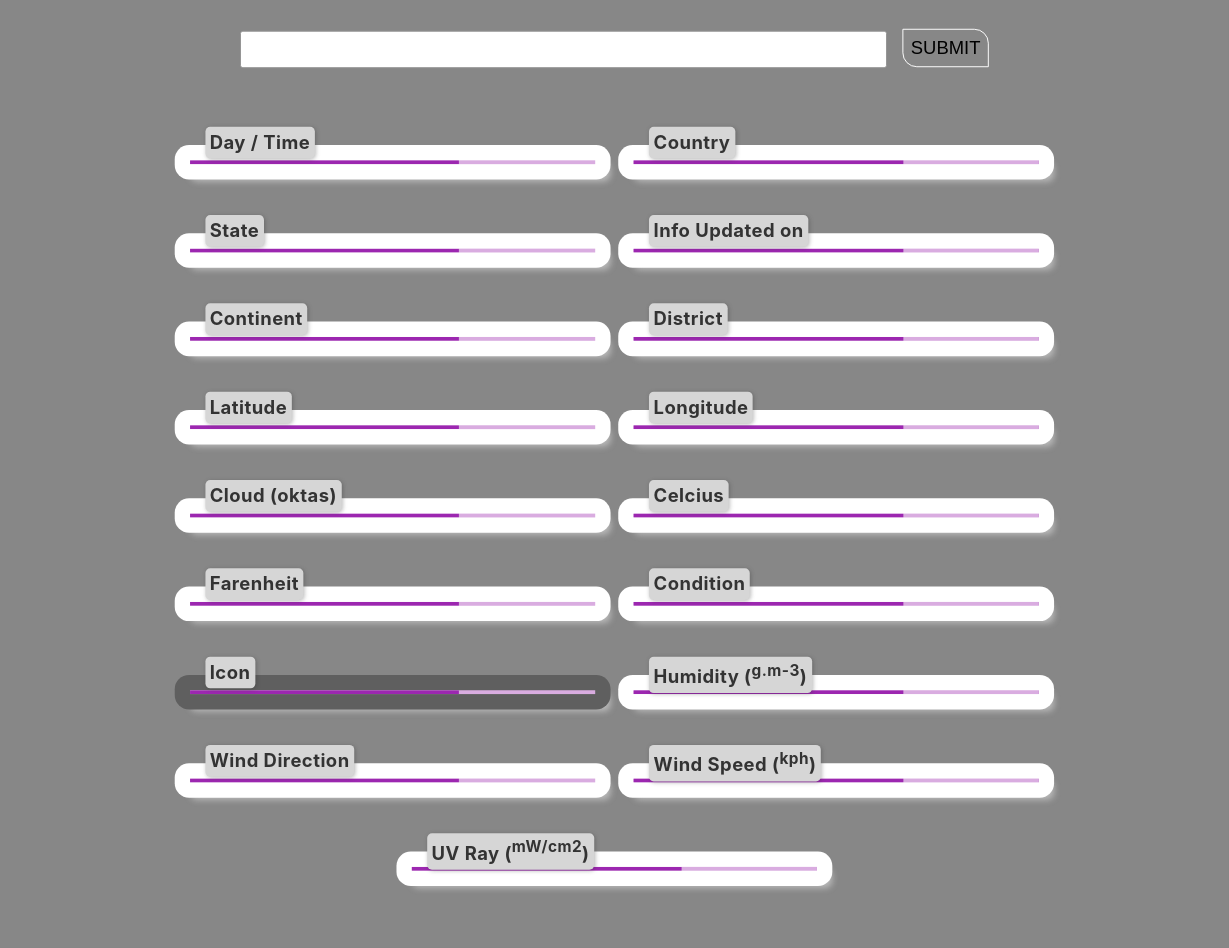
Repository: Imprasna/practising-API
Page: /
An editor plug-in stored every save of this project. The page is shown before and after the next save, followed by the edit.
The browser window is 1280 px wide. The pictures show the whole page, at 96% of full size.
The project was rebuilt for these pictures with package versions that can differ from the ones it lists, and the page was loaded fresh each time. Also part of the build but not shown: src/component/Country.js, src/component/Region.js, src/component/Time.js, src/component/Continent.js, src/component/District.js, src/component/Cloud.js, src/component/UpdatedWeather.js, src/component/Celcius.js and 9 more.

Above is the page before, as saved 2021-11-12 00:25:35.

### src/App.js
import './App.css';
import Get from './Get'

function App() {
  return (
    <div className="App">
      <Get />
    </div>
  );
}

export default App;

### src/Get.js
import React, { useState } from "react";
import axios from "axios";
// import moment from 'moment';
import Country from "./component/Country";
import Region from "./component/Region";
import Time from "./component/Time";
import Continent from "./component/Continent";
import District from "./component/District";
import Cloud from "./component/Cloud";
import UpdatedWeather from "./component/UpdatedWeather";
import Celcius from "./component/Celcius";
import Farenheit from "./component/Farenheit";
import Latitude from "./component/Latitude";
import Longitude from "./component/Longitude";
import Condition from "./component/Condition";
import Icon from "./component/Icon";
import Humidity from "./component/Humidity";
import WindDirection from "./component/WindDirection";
import WindSpeed from "./component/WindSpeed";
import Uv from "./component/Uv";
import "./component/style.css";
// import CircularProgress from '@mui/material/CircularProgress';
import LinearProgress from '@mui/material/LinearProgress';



const Get = () => {
	const [getPost, setGetPost] = useState([]);
	const [loading, setLoading] = useState(false);
	const [values, setValues] = useState({ cities: "" });

	React.useEffect =
		(() => {
			getData();

			const CName = () => {
				setGetPost(getPost);
			};
			CName();
		},
		[]);

		const getData = async () =>
		{
			const city = values.cities;
			try {
				const res = await axios.get(
					`http://api.weatherapi.com/v1/current.json?key=b572a200fc624a6a85671436211310&q=${city}&aqi=yes`
					);
				setTimeout(function ()
				{
					// console.log(res.data.current);
					// console.log(res.data.location);
					// setGetPost(res.data);
					(setGetPost(res.data))
					setLoading(true);
				}, 3000);

			console.log(getPost);
			// console.log(res.data.current);
			// setGetPost({res});
		} catch (err) {
			console.log(err);
		}
	};
	console.log(getPost);

	const onChangeHandler = (e) => {
		const name = e.target.name;
		const value = e.target.value;

		// here values is the state name
		let inputValues = values;
		inputValues[name] = value;
		setValues({ ...inputValues });
		setLoading(false);
	};

	return (
		<>
			<input
				className="search-box"
				type="text"
				value={values.cities}
				name="cities"
				onChange={(e) => onChangeHandler(e)}
			/>
			<button className="button" onClick={getData}>
				Submit
			</button>

			<div className="whole">

				<div className="time">
					{loading ? (<Time CName={getPost} />) : (<LinearProgress  color="secondary"  />) }
					<h1>Day / Time</h1>
				</div>

				<div className="Country">
					{loading ? (<Country CName={getPost} />) : (<LinearProgress  color="secondary"  />)}
					<h1>Country</h1>
				</div>

				<div className="region">
					{loading ? (<Region CName={getPost} />) : (<LinearProgress  color="secondary"  />) }
					<h1>State</h1>
				</div>

				<div className="upt">
					{loading ? (<UpdatedWeather CName={getPost} />) : (<LinearProgress  color="secondary"  />) }
					<h1>Info Updated on</h1>
				</div>


				<div className="continent">
				{loading ? (<Continent CName={getPost} />) : (<LinearProgress  color="secondary"  />) }
					<h1>Continent</h1>

				</div>

				<div className="district">
					{loading ? (<District CName={getPost} />) : (<LinearProgress  color="secondary"  />) }
					<h1>District</h1>
				</div>

				<div className="lat">
				{loading ? (<Latitude CName={getPost} />) : (<LinearProgress  color="secondary"  />) }
					<h1>Latitude</h1>

				</div>

				<div className="lon">
				{loading ? (<Longitude CName={getPost} />) : (<LinearProgress  color="secondary"  />) }
					<h1>Longitude</h1>

				</div>

				<div className="cloud">
				{loading ? (<Cloud CName={getPost} />) : (<LinearProgress  color="secondary"  />) }
					<h1>Cloud (oktas)</h1>

				</div>



				<div className="cel">
				{loading ? (<Celcius CName={getPost} />) : (<LinearProgress  color="secondary"  />) }
					<h1>Celcius</h1>

				</div>

				<div className="far">
				{loading ? (<Farenheit CName={getPost} />) : (<LinearProgress  color="secondary"  />) }
					<h1>Farenheit</h1>

				</div>

				<div className="cond">
				{loading ? (<Condition CName={getPost} />) : (<LinearProgress  color="secondary"  />) }
					<h1>Condition</h1>

				</div>

				<div className="icon">
				{loading ? (<Icon CName={getPost} />) : (<LinearProgress  color="secondary"  />) }
					<h1>Icon</h1>

				</div>

				<div className="hum">
				{loading ? (<Humidity CName={getPost} />) : (<LinearProgress  color="secondary"  />) }
					<h1>
						Humidity (<sup>g.m-3</sup>)
					</h1>

				</div>


				<div className="wd">
				{loading ? (<WindDirection CName={getPost} />) : (<LinearProgress  color="secondary"  />) }
					<h1>Wind Direction</h1>

				</div>

				<div className="ws">
				{loading ? (<WindSpeed CName={getPost} />) : (<LinearProgress  color="secondary"  />) }
					<h1>
						Wind Speed (<sup>kph</sup>)
					</h1>

				</div>

				<div className="uv">
				{loading ? (<Uv CName={getPost} />) : (<LinearProgress  color="secondary"  />) }
					<h1>
						UV Ray (<sup>mW/cm2</sup>)
					</h1>

				</div>
			</div>
		</>
	);
};

export default Get;

### src/component/style.css
body {
    background: #878787;
}

.whole {
    width: 100%;
    height: 100%;
    display: flex;
    justify-content: center;
    align-items: center;
    flex-wrap: wrap;
    gap: .5rem;
    margin-bottom: 4rem;
}

.search-box {
    width: 50%;
    padding: .5rem 1rem;
    border-radius: 3px;
    border: 1px solid #929292;
    outline: none;
    font-size: 1rem;
    line-height: 1.3em;
    margin: 0 auto;
    margin-bottom: 2rem;
    margin-top: 2rem;
    margin-right: 1rem;
    text-transform: uppercase;
}

.button {
    padding: .5rem;
    outline: none;
    border: 1px solid #fff;
    border-top-right-radius: 15px;
    border-bottom-left-radius: 15px;
    cursor: pointer;
    font-size: 1.2rem;
    text-transform: uppercase;
    background: transparent;
    transition: .3s;
}

.button:hover {
    background-color: #0faa74;
}

.Country {
    width: 33%;
    color: #000;
    padding: 1rem;
    border-radius: 15px;
    background-color: #fff;
    box-shadow: 8px 10px 7px -8px rgba(204,204,204,0.75);
    position: relative;
    font-size: 1.1rem;
    font-weight: 600;
    letter-spacing: .5px;
    margin-top: 3rem;
}

.Country > h1 {
    position: absolute;
    top: -2rem;
    left: 2rem;
    padding: .3rem;
    background-color: #d6d6d6;
    border-radius: 5px;
    font-size: 1.2rem;
    filter: drop-shadow(1px 1px 2px rgba(44, 44, 44, 0.342));
    color: #333;
}

.region {
    width: 33%;
    color: #000;
    padding: 1rem;
    border-radius: 15px;
    background-color: #fff;
    box-shadow: 8px 10px 7px -8px rgba(204,204,204,0.75);
    position: relative;
    font-size: 1.1rem;
    font-weight: 600;
    letter-spacing: .5px;
    margin-top: 3rem;
}

.region > h1 {
    position: absolute;
    top: -2rem;
    left: 2rem;
    padding: .3rem;
    background-color: #d6d6d6;
    border-radius: 5px;
    font-size: 1.2rem;
    filter: drop-shadow(1px 1px 2px rgba(44, 44, 44, 0.342));
    color: #333;
}

.time {
    width: 33%;
    color: #000;
    padding: 1rem;
    border-radius: 15px;
    background-color: #fff;
    box-shadow: 8px 10px 7px -8px rgba(204,204,204,0.75);
    position: relative;
    font-size: 1.1rem;
    font-weight: 600;
    letter-spacing: .5px;
    margin-top: 3rem;
}

.time > h1 {
    position: absolute;
    top: -2rem;
    left: 2rem;
    padding: .3rem;
    background-color: #d6d6d6;
    border-radius: 5px;
    font-size: 1.2rem;
    filter: drop-shadow(1px 1px 2px rgba(44, 44, 44, 0.342));
    color: #333;
}

.continent {
    width: 33%;
    color: #000;
    padding: 1rem;
    border-radius: 15px;
    background-color: #fff;
    box-shadow: 8px 10px 7px -8px rgba(204,204,204,0.75);
    position: relative;
    font-size: 1.1rem;
    font-weight: 600;
    letter-spacing: .5px;
    margin-top: 3rem;
}

.continent > h1 {
    position: absolute;
    top: -2rem;
    left: 2rem;
    padding: .3rem;
    background-color: #d6d6d6;
    border-radius: 5px;
    font-size: 1.2rem;
    filter: drop-shadow(1px 1px 2px rgba(44, 44, 44, 0.342));
    color: #333;
}

.district {
    width: 33%;
    color: #000;
    padding: 1rem;
    border-radius: 15px;
    background-color: #fff;
    box-shadow: 8px 10px 7px -8px rgba(204,204,204,0.75);
    position: relative;
    font-size: 1.1rem;
    font-weight: 600;
    letter-spacing: .5px;
    margin-top: 3rem;
}

.district > h1 {
    position: absolute;
    top: -2rem;
    left: 2rem;
    padding: .3rem;
    background-color: #d6d6d6;
    border-radius: 5px;
    font-size: 1.2rem;
    filter: drop-shadow(1px 1px 2px rgba(44, 44, 44, 0.342));
    color: #333;
}

.lat {
    width: 33%;
    color: #000;
    padding: 1rem;
    border-radius: 15px;
    background-color: #fff;
    box-shadow: 8px 10px 7px -8px rgba(204,204,204,0.75);
    position: relative;
    font-size: 1.1rem;
    font-weight: 600;
    letter-spacing: .5px;
    margin-top: 3rem;
}

.lat > h1 {
    position: absolute;
    top: -2rem;
    left: 2rem;
    padding: .3rem;
    background-color: #d6d6d6;
    border-radius: 5px;
    font-size: 1.2rem;
    filter: drop-shadow(1px 1px 2px rgba(44, 44, 44, 0.342));
    color: #333;
}

.lon {
    width: 33%;
    color: #000;
    padding: 1rem;
    border-radius: 15px;
    background-color: #fff;
    box-shadow: 8px 10px 7px -8px rgba(204,204,204,0.75);
    position: relative;
    font-size: 1.1rem;
    font-weight: 600;
    letter-spacing: .5px;
    margin-top: 3rem;
}

.lon > h1 {
    position: absolute;
    top: -2rem;
    left: 2rem;
    padding: .3rem;
    background-color: #d6d6d6;
    border-radius: 5px;
    font-size: 1.2rem;
    filter: drop-shadow(1px 1px 2px rgba(44, 44, 44, 0.342));
    color: #333;
}

.cloud {
    width: 33%;
    color: #000;
    padding: 1rem;
    border-radius: 15px;
    background-color: #fff;
    box-shadow: 8px 10px 7px -8px rgba(204,204,204,0.75);
    position: relative;
    font-size: 1.1rem;
    font-weight: 600;
    letter-spacing: .5px;
    margin-top: 3rem;
}

.cloud > h1 {
    position: absolute;
    top: -2rem;
    left: 2rem;
    padding: .3rem;
    background-color: #d6d6d6;
    border-radius: 5px;
    font-size: 1.2rem;
    filter: drop-shadow(1px 1px 2px rgba(44, 44, 44, 0.342));
    color: #333;
}

.upt {
    width: 33%;
    color: #000;
    padding: 1rem;
    border-radius: 15px;
    background-color: #fff;
    box-shadow: 8px 10px 7px -8px rgba(204,204,204,0.75);
    position: relative;
    font-size: 1.1rem;
    font-weight: 600;
    letter-spacing: .5px;
    margin-top: 3rem;
}

.upt > h1 {
    position: absolute;
    top: -2rem;
    left: 2rem;
    padding: .3rem;
    background-color: #d6d6d6;
    border-radius: 5px;
    font-size: 1.2rem;
    filter: drop-shadow(1px 1px 2px rgba(44, 44, 44, 0.342));
    color: #333;
}

.cel {
    width: 33%;
    color: #000;
    padding: 1rem;
    border-radius: 15px;
    background-color: #fff;
    box-shadow: 8px 10px 7px -8px rgba(204,204,204,0.75);
    position: relative;
    font-size: 1.1rem;
    font-weight: 600;
    letter-spacing: .5px;
    margin-top: 3rem;
}

.cel > h1 {
    position: absolute;
    top: -2rem;
    left: 2rem;
    padding: .3rem;
    background-color: #d6d6d6;
    border-radius: 5px;
    font-size: 1.2rem;
    filter: drop-shadow(1px 1px 2px rgba(44, 44, 44, 0.342));
    color: #333;
}

.far {
    width: 33%;
    color: #000;
    padding: 1rem;
    border-radius: 15px;
    background-color: #fff;
    box-shadow: 8px 10px 7px -8px rgba(204,204,204,0.75);
    position: relative;
    font-size: 1.1rem;
    font-weight: 600;
    letter-spacing: .5px;
    margin-top: 3rem;
}

.far > h1 {
    position: absolute;
    top: -2rem;
    left: 2rem;
    padding: .3rem;
    background-color: #d6d6d6;
    border-radius: 5px;
    font-size: 1.2rem;
    filter: drop-shadow(1px 1px 2px rgba(44, 44, 44, 0.342));
    color: #333;
}

.cond {
    width: 33%;
    color: #000;
    padding: 1rem;
    border-radius: 15px;
    background-color: #fff;
    box-shadow: 8px 10px 7px -8px rgba(204,204,204,0.75);
    position: relative;
    font-size: 1.1rem;
    font-weight: 600;
    letter-spacing: .5px;
    margin-top: 3rem;
}

.cond > h1 {
    position: absolute;
    top: -2rem;
    left: 2rem;
    padding: .3rem;
    background-color: #d6d6d6;
    border-radius: 5px;
    font-size: 1.2rem;
    filter: drop-shadow(1px 1px 2px rgba(44, 44, 44, 0.342));
    color: #333;
}


.icon {
    width: 33%;
    color: #000;
    padding: 1rem;
    border-radius: 15px;
    background-color: #5f5f5f;
    box-shadow: 8px 10px 7px -8px rgba(204,204,204,0.75);
    position: relative;
    font-size: 1.1rem;
    font-weight: 600;
    letter-spacing: .5px;
    margin-top: 3rem;
}

.icon > h1 {
    position: absolute;
    top: -2rem;
    left: 2rem;
    padding: .3rem;
    background-color: #d6d6d6;
    border-radius: 5px;
    font-size: 1.2rem;
    filter: drop-shadow(1px 1px 2px rgba(44, 44, 44, 0.342));
    color: #333;
}

.hum {
    width: 33%;
    color: #000;
    padding: 1rem;
    border-radius: 15px;
    background-color: #fff;
    box-shadow: 8px 10px 7px -8px rgba(204,204,204,0.75);
    position: relative;
    font-size: 1.1rem;
    font-weight: 600;
    letter-spacing: .5px;
    margin-top: 3rem;
}

.hum > h1 {
    position: absolute;
    top: -2rem;
    left: 2rem;
    padding: .3rem;
    background-color: #d6d6d6;
    border-radius: 5px;
    font-size: 1.2rem;
    filter: drop-shadow(1px 1px 2px rgba(44, 44, 44, 0.342));
    color: #333;
}

.wd {
    width: 33%;
    color: #000;
    padding: 1rem;
    border-radius: 15px;
    background-color: #fff;
    box-shadow: 8px 10px 7px -8px rgba(204,204,204,0.75);
    position: relative;
    font-size: 1.1rem;
    font-weight: 600;
    letter-spacing: .5px;
    margin-top: 3rem;
}

.wd > h1 {
    position: absolute;
    top: -2rem;
    left: 2rem;
    padding: .3rem;
    background-color: #d6d6d6;
    border-radius: 5px;
    font-size: 1.2rem;
    filter: drop-shadow(1px 1px 2px rgba(44, 44, 44, 0.342));
    color: #333;
}

.ws {
    width: 33%;
    color: #000;
    padding: 1rem;
    border-radius: 15px;
    background-color: #fff;
    box-shadow: 8px 10px 7px -8px rgba(204,204,204,0.75);
    position: relative;
    font-size: 1.1rem;
    font-weight: 600;
    letter-spacing: .5px;
    margin-top: 3rem;
}

.ws > h1 {
    position: absolute;
    top: -2rem;
    left: 2rem;
    padding: .3rem;
    background-color: #d6d6d6;
    border-radius: 5px;
    font-size: 1.2rem;
    filter: drop-shadow(1px 1px 2px rgba(44, 44, 44, 0.342));
    color: #333;
}

.uv {
    width: 33%;
    color: #000;
    padding: 1rem;
    border-radius: 15px;
    background-color: #fff;
    box-shadow: 8px 10px 7px -8px rgba(204,204,204,0.75);
    position: relative;
    font-size: 1.1rem;
    font-weight: 600;
    letter-spacing: .5px;
    margin-top: 3rem;
}

.uv > h1 {
    position: absolute;
    top: -2rem;
    left: 2rem;
    padding: .3rem;
    background-color: #d6d6d6;
    border-radius: 5px;
    font-size: 1.2rem;
    filter: drop-shadow(1px 1px 2px rgba(44, 44, 44, 0.342));
    color: #333;
}

Loaded but not shown: public/index.html (common file); src/index.js (common file); src/index.css (common file); src/App.css (common file)

After the next save:
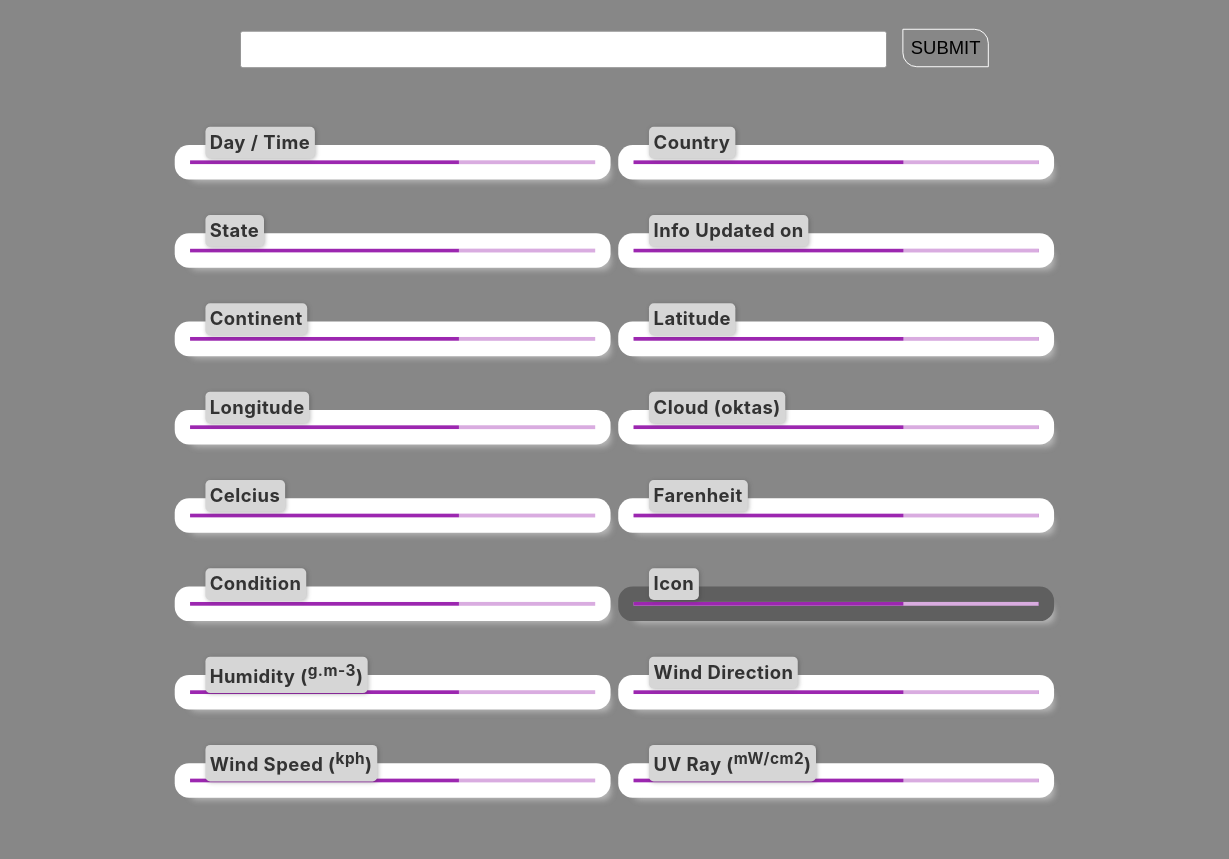
Saved 5 s later.
--- a/src/Get.js
+++ b/src/Get.js
@@ -118,10 +118,7 @@ const Get = () => {
 
 				</div>
 
-				<div className="district">
-					{loading ? (<District CName={getPost} />) : (<LinearProgress  color="secondary"  />) }
-					<h1>District</h1>
-				</div>
+
 
 				<div className="lat">
 				{loading ? (<Latitude CName={getPost} />) : (<LinearProgress  color="secondary"  />) }
